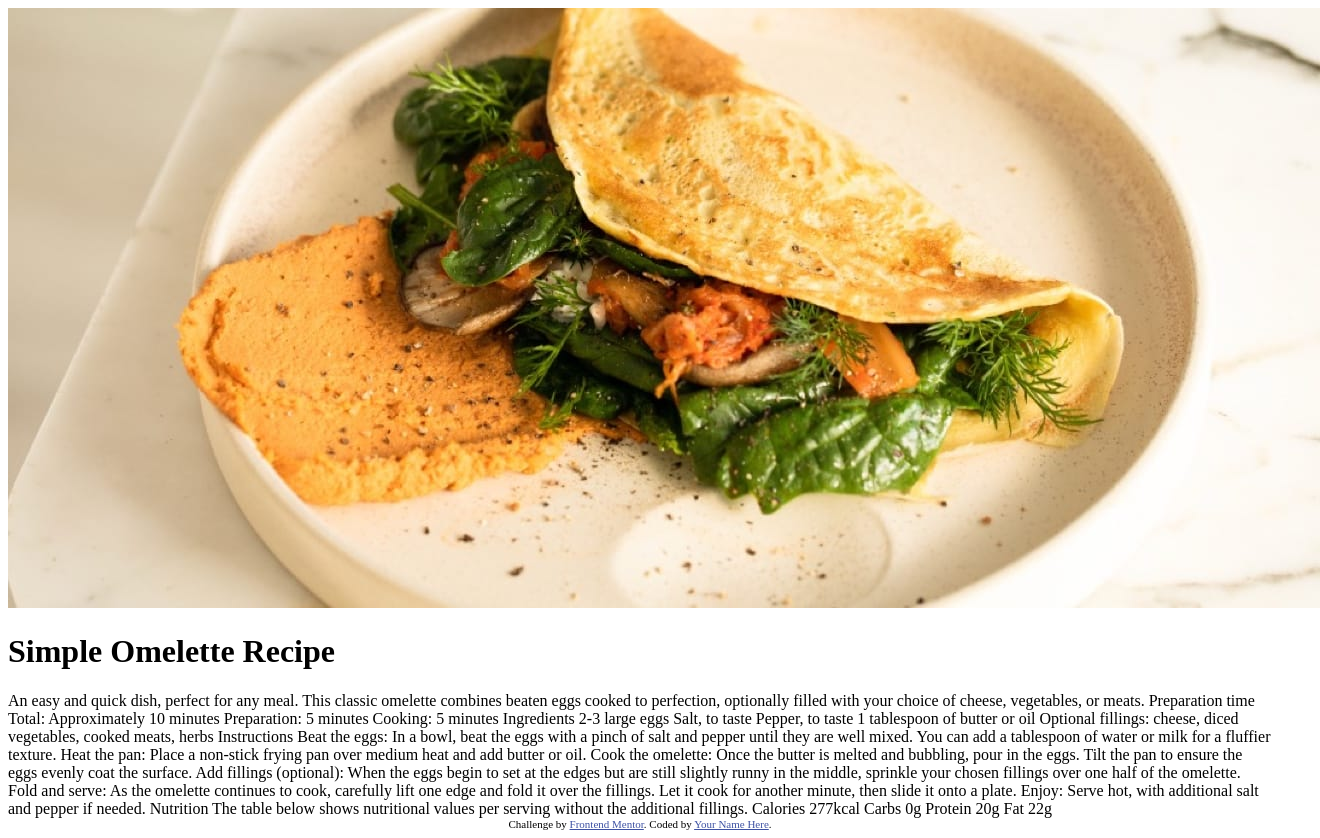
Repository: sodmaq/recipe-page-
Page: index.html
An editor plug-in stored every save of this project. The page is shown before and after the next save, followed by the edit.
The browser window is 1280 px wide. The page is 1320 px wide, so the pictures cover 1320 px, including what lies to the right of the window. The pictures show the whole page.

Above is the page before, as saved 2024-09-07 12:15:57.

### index.html
<!DOCTYPE html>
<html lang="en">
  <head>
    <meta charset="UTF-8" />
    <meta name="viewport" content="width=device-width, initial-scale=1.0" />
    <!-- displays site properly based on user's device -->

    <link
      rel="icon"
      type="image/png"
      sizes="32x32"
      href="./assets/images/favicon-32x32.png"
    />

    <title>Frontend Mentor | Recipe page</title>

    <!-- Feel free to remove these styles or customise in your own stylesheet 👍 -->
    <style>
      .attribution {
        font-size: 11px;
        text-align: center;
      }
      .attribution a {
        color: hsl(228, 45%, 44%);
      }
    </style>
  </head>
  <body>
    <img src="/assets/images/image-omelette.jpeg" alt="" />
    <h1>Simple Omelette Recipe</h1>

    An easy and quick dish, perfect for any meal. This classic omelette combines
    beaten eggs cooked to perfection, optionally filled with your choice of
    cheese, vegetables, or meats. Preparation time Total: Approximately 10
    minutes Preparation: 5 minutes Cooking: 5 minutes Ingredients 2-3 large eggs
    Salt, to taste Pepper, to taste 1 tablespoon of butter or oil Optional
    fillings: cheese, diced vegetables, cooked meats, herbs Instructions Beat
    the eggs: In a bowl, beat the eggs with a pinch of salt and pepper until
    they are well mixed. You can add a tablespoon of water or milk for a
    fluffier texture. Heat the pan: Place a non-stick frying pan over medium
    heat and add butter or oil. Cook the omelette: Once the butter is melted and
    bubbling, pour in the eggs. Tilt the pan to ensure the eggs evenly coat the
    surface. Add fillings (optional): When the eggs begin to set at the edges
    but are still slightly runny in the middle, sprinkle your chosen fillings
    over one half of the omelette. Fold and serve: As the omelette continues to
    cook, carefully lift one edge and fold it over the fillings. Let it cook for
    another minute, then slide it onto a plate. Enjoy: Serve hot, with
    additional salt and pepper if needed. Nutrition The table below shows
    nutritional values per serving without the additional fillings. Calories
    277kcal Carbs 0g Protein 20g Fat 22g

    <div class="attribution">
      Challenge by
      <a href="https://www.frontendmentor.io?ref=challenge" target="_blank"
        >Frontend Mentor</a
      >. Coded by <a href="#">Your Name Here</a>.
    </div>
  </body>
</html>

After the next save:
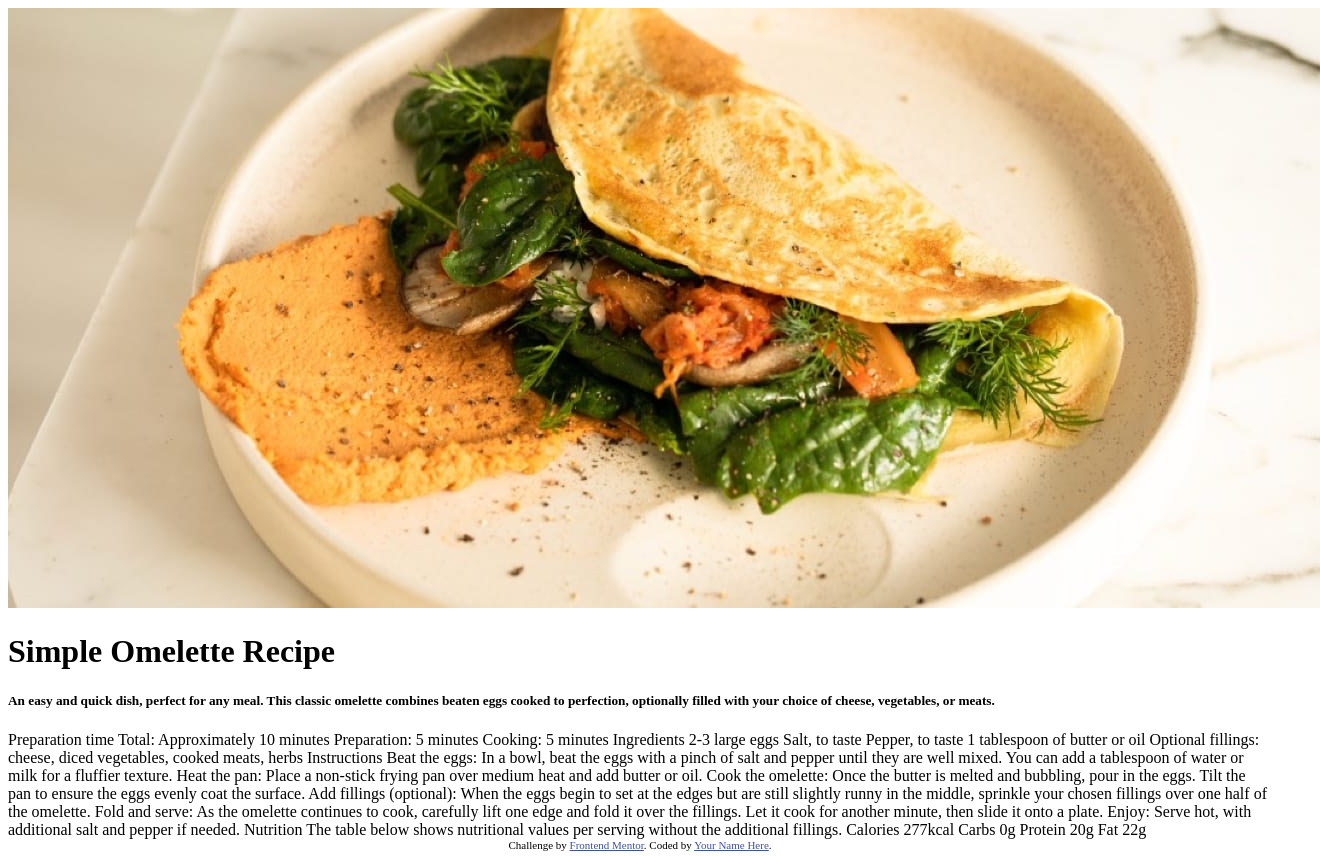
Saved 38 s later.
--- a/index.html
+++ b/index.html
@@ -28,26 +28,28 @@
   <body>
     <img src="/assets/images/image-omelette.jpeg" alt="" />
     <h1>Simple Omelette Recipe</h1>
+    <h5>
+      An easy and quick dish, perfect for any meal. This classic omelette
+      combines beaten eggs cooked to perfection, optionally filled with your
+      choice of cheese, vegetables, or meats.
+    </h5>
 
-    An easy and quick dish, perfect for any meal. This classic omelette combines
-    beaten eggs cooked to perfection, optionally filled with your choice of
-    cheese, vegetables, or meats. Preparation time Total: Approximately 10
-    minutes Preparation: 5 minutes Cooking: 5 minutes Ingredients 2-3 large eggs
-    Salt, to taste Pepper, to taste 1 tablespoon of butter or oil Optional
-    fillings: cheese, diced vegetables, cooked meats, herbs Instructions Beat
-    the eggs: In a bowl, beat the eggs with a pinch of salt and pepper until
-    they are well mixed. You can add a tablespoon of water or milk for a
-    fluffier texture. Heat the pan: Place a non-stick frying pan over medium
-    heat and add butter or oil. Cook the omelette: Once the butter is melted and
-    bubbling, pour in the eggs. Tilt the pan to ensure the eggs evenly coat the
-    surface. Add fillings (optional): When the eggs begin to set at the edges
-    but are still slightly runny in the middle, sprinkle your chosen fillings
-    over one half of the omelette. Fold and serve: As the omelette continues to
-    cook, carefully lift one edge and fold it over the fillings. Let it cook for
-    another minute, then slide it onto a plate. Enjoy: Serve hot, with
-    additional salt and pepper if needed. Nutrition The table below shows
-    nutritional values per serving without the additional fillings. Calories
-    277kcal Carbs 0g Protein 20g Fat 22g
+    Preparation time Total: Approximately 10 minutes Preparation: 5 minutes
+    Cooking: 5 minutes Ingredients 2-3 large eggs Salt, to taste Pepper, to
+    taste 1 tablespoon of butter or oil Optional fillings: cheese, diced
+    vegetables, cooked meats, herbs Instructions Beat the eggs: In a bowl, beat
+    the eggs with a pinch of salt and pepper until they are well mixed. You can
+    add a tablespoon of water or milk for a fluffier texture. Heat the pan:
+    Place a non-stick frying pan over medium heat and add butter or oil. Cook
+    the omelette: Once the butter is melted and bubbling, pour in the eggs. Tilt
+    the pan to ensure the eggs evenly coat the surface. Add fillings (optional):
+    When the eggs begin to set at the edges but are still slightly runny in the
+    middle, sprinkle your chosen fillings over one half of the omelette. Fold
+    and serve: As the omelette continues to cook, carefully lift one edge and
+    fold it over the fillings. Let it cook for another minute, then slide it
+    onto a plate. Enjoy: Serve hot, with additional salt and pepper if needed.
+    Nutrition The table below shows nutritional values per serving without the
+    additional fillings. Calories 277kcal Carbs 0g Protein 20g Fat 22g
 
     <div class="attribution">
       Challenge by
